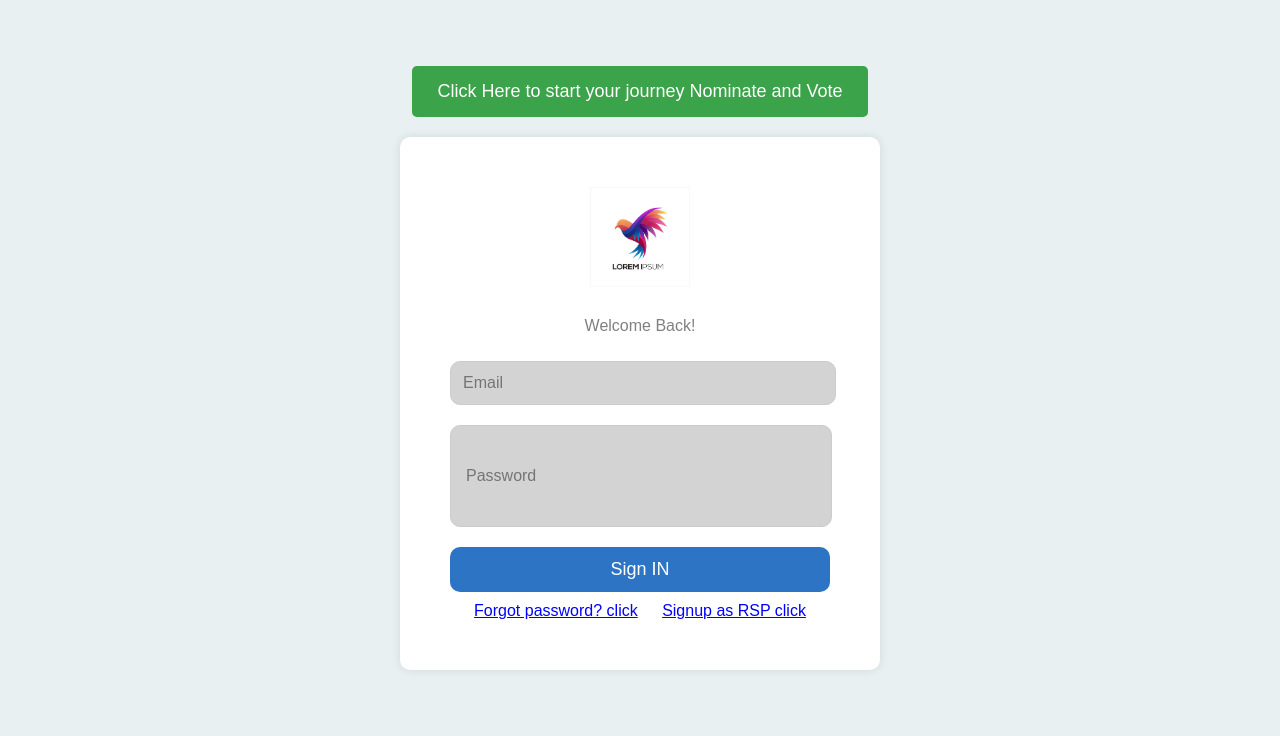
Repository: Femi007-gh/welcome
Page: index.html
These files come from the project's save history. The page is drawn as it stood at one moment and after the next save; the edit follows.
The browser window is 1280 px wide. The pictures show the whole page.
Some web libraries are served in a nearby version.

Above is the page before, as saved 2025-03-10 18:18:02.

### index.html
<!DOCTYPE html>
<html lang="en">
<head>
    <meta charset="UTF-8">
    <meta name="viewport" content="width=device-width, initial-scale=1.0">
    <title>Login Page</title>
    <script src="https://kit.fontawesome.com/a076d05399.js" crossorigin="anonymous"></script>
    <style>
        body {
            font-family: Arial, sans-serif;
            background-color: #e8f0f2;
            display: flex;
            justify-content: center;
            align-items: center;
            height: 100vh;
            flex-direction: column;
        }
        .green-button {
            background-color: #3ba349;
            color: white;
            padding: 15px 25px;
            border: none;
            border-radius: 5px;
            cursor: pointer;
            margin-bottom: 20px;
            font-size: 18px;
        }
        .container {
            background-color: white;
            padding: 50px;
            border-radius: 10px;
            box-shadow: 0 0 10px rgba(0, 0, 0, 0.1);
            text-align: center;
            width: 380px;
        }
        .container img {
            width: 100px;
            margin-bottom: 10px;
        }
        p {
            color: gray;
        }
        input {
            width: calc(100% - 20px);
            padding: 12px;
            margin: 10px 0;
            border: 1px solid #ccc;
            border-radius: 10px;
            font-size: 16px;
            background: #d3d3d3;
        }
        .password-container {
            display: flex;
            align-items: center;
            background: #d3d3d3;
            border: 1px solid #ccc;
            border-radius: 10px;
            padding: 10px;
            width: calc(100% - 20px);
            margin: 10px 0;
        }
        .password-container input {
            border: none;
            outline: none;
            flex: 1;
            background: transparent;
            padding: 5px;
        }
        .password-container i {
            cursor: pointer;
            font-size: 18px;
            margin-left: 10px;
        }
        .sign-in-button {
            background-color: #2d74c4;
            color: white;
            padding: 12px;
            border: none;
            border-radius: 10px;
            cursor: pointer;
            width: 100%;
            font-size: 18px;
            margin-top: 10px;
        }
        .links {
            margin-top: 10px;
            font-size: 16px;
        }
        .links a {
            color: gray;
            text-decoration: none;
            margin: 0 10px;
        }
        .links a.underline {
            color: blue;
            text-decoration: underline;
        }
        .fit {
          height: 50px;
        }
    </style>
</head>
<body>
    <button class="green-button">Click Here to start your journey Nominate and Vote</button>
    <div class="container">
        <img src="Logo.jpg" alt="Nigerian Shippers Council Logo">
        <p>Welcome Back!</p>
        <input type="email" placeholder="Email">
        <div class="password-container">
            <input type="password" placeholder="Password" class="fit">
        </div>
        <button class="sign-in-button">Sign IN</button>
        <div class="links">
            <a href="#" class="underline">Forgot password? click</a>
            <a href="#" class="underline">Signup as RSP click</a>
        </div>
    </div>
</body>
</html>

After the next save:
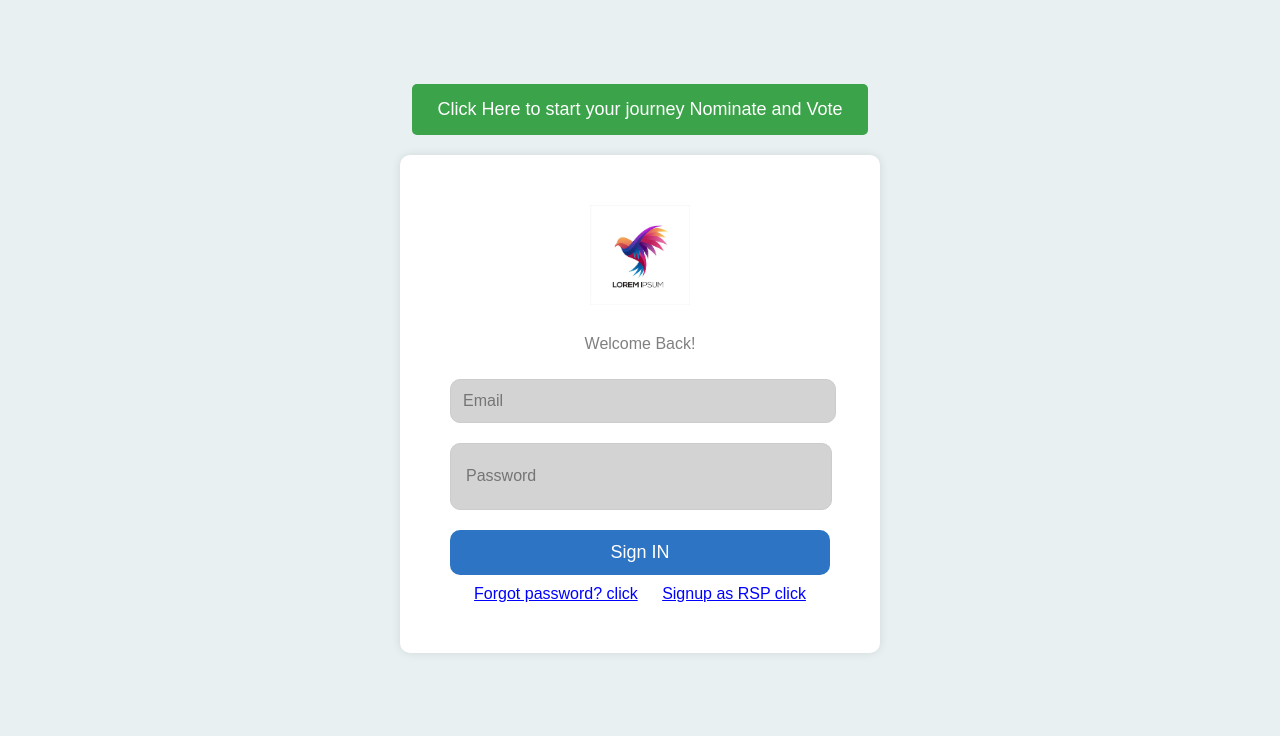
Saved 9 s later.
--- a/index.html
+++ b/index.html
@@ -96,7 +96,7 @@
             text-decoration: underline;
         }
         .fit {
-          height: 50px;
+          height: 15px;
         }
     </style>
 </head>
